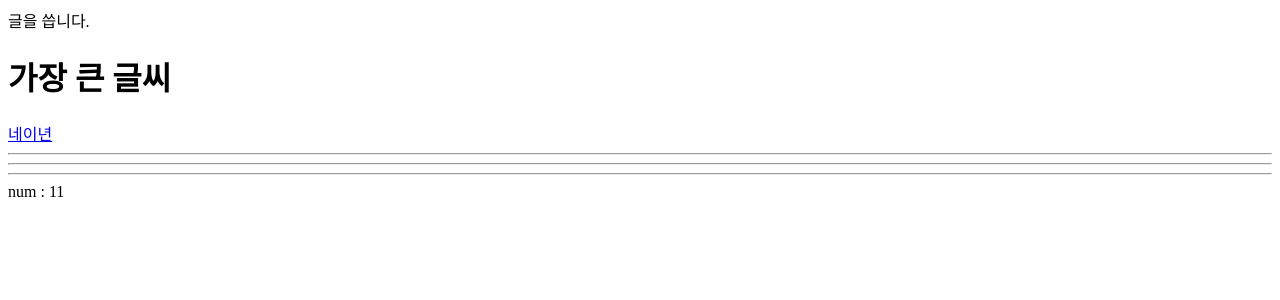
Repository: popll1/Pleiades
Page: http://localhost/jun261/
The author's editor kept a copy of each file at every save. The page is drawn from the files as they stood at one save, then again after the next save.
The browser window is 1280 px wide. The pictures show the whole page.
The page is served by Tomcat 9.

Above is the page before, as saved 2023-06-26 05:27:13.

### jun261/src/main/webapp/index.jsp
<%@ page language="java" contentType="text/html; charset=utf-8"
	pageEncoding="UTF-8"%>
<!DOCTYPE html>
<html>
<head>
<meta charset="메타몽">
<title>네이년 : 이년의 검색</title>
</head>
<body>
	글을 씁니다.
	<br>
	<h1>가장 큰 글씨</h1>
	<a href="https://www.naver.com">네이년</a>
	<%
	//여기는 자바입니다.
	int num = 10;
	num += 1;
	%>
	<hr><hr><hr>
	num : <%=num%>

	<%
	for(int i = 0 ; i < 10; i++){
%>
<%
}
%>

</body>
</html>

After the next save:
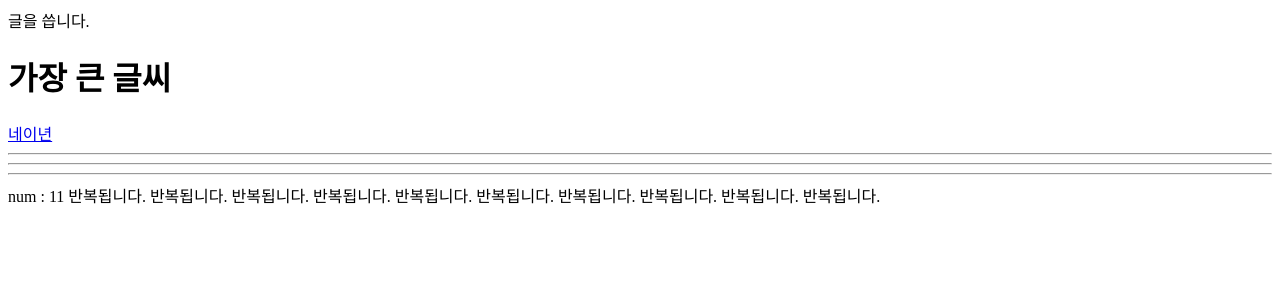
Saved 10 s later.
--- a/jun261/src/main/webapp/index.jsp
+++ b/jun261/src/main/webapp/index.jsp
@@ -22,6 +22,7 @@
 	<%
 	for(int i = 0 ; i < 10; i++){
 %>
+      반복됩니다.
 <%
 }
 %>
